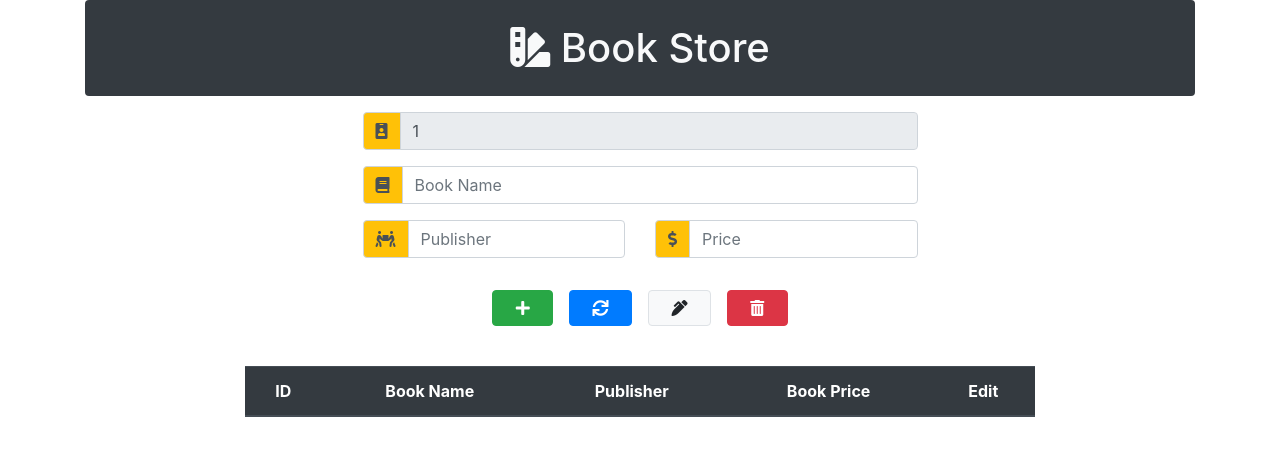
Repository: abhishekhy10/phpcrud
Page: http://localhost/crud/idex.php
These files come from the project's save history. The page is drawn as it stood at one moment and after the next save; the edit follows.
The browser window is 1280 px wide. The pictures show the whole page.
Some web libraries are served in a nearby version. The page is run by PHP 8.4 with error messages shown; the project is at /var/www/html/. Queries for data that is not in the repository find no rows.

Above is the page before, as saved 2021-10-13 19:27:54.

### crud/idex.php
<?php

require_once ("../crud/php/component.php");
require_once ("../crud/php/operation.php");
?>

<!doctype html>
<html lang="en">
<head>
    <meta charset="UTF-8">
    <meta name="viewport"
          content="width=device-width, user-scalable=no, initial-scale=1.0, maximum-scale=1.0, minimum-scale=1.0">
    <meta http-equiv="X-UA-Compatible" content="ie=edge">
    <title>Books</title>

    <link rel="stylesheet" href="https://use.fontawesome.com/releases/v5.8.2/css/all.css" integrity="sha384-oS3vJWv+0UjzBfQzYUhtDYW+Pj2yciDJxpsK1OYPAYjqT085Qq/1cq5FLXAZQ7Ay" crossorigin="anonymous">
    <link rel="stylesheet" href="https://stackpath.bootstrapcdn.com/bootstrap/4.3.1/css/bootstrap.min.css" integrity="sha384-ggOyR0iXCbMQv3Xipma34MD+dH/1fQ784/j6cY/iJTQUOhcWr7x9JvoRxT2MZw1T" crossorigin="anonymous">

    <!-- Custom stylesheet -->
    <link rel="stylesheet" href="style.css">

</head>
<body>

<main>
    <div class="container text-center">
        <h1 class="py-4 bg-dark text-light rounded"><i class="fas fa-swatchbook"></i> Book Store</h1>

        <div class="d-flex justify-content-center">
            <form action="" method="post" class="w-50">
                <div class="pt-2">
                    <?php inputElement("<i class='fas fa-id-badge'></i>","ID", "book_id",setID()); ?>
                </div>
                <div class="pt-2">
                    <?php inputElement("<i class='fas fa-book'></i>","Book Name", "book_name",""); ?>
                </div>
                <div class="row pt-2">
                    <div class="col">
                        <?php inputElement("<i class='fas fa-people-carry'></i>","Publisher", "book_publisher",""); ?>
                    </div>
                    <div class="col">
                        <?php inputElement("<i class='fas fa-dollar-sign'></i>","Price", "book_price",""); ?>
                    </div>
                </div>
                <div class="d-flex justify-content-center">
                        <?php buttonElement("btn-create","btn btn-success","<i class='fas fa-plus'></i>","create","data-toggle='tooltip' data-placement='bottom' title='Create'"); ?>
                        <?php buttonElement("btn-read","btn btn-primary","<i class='fas fa-sync'></i>","read","data-toggle='tooltip' data-placement='bottom' title='Read'"); ?>
                        <?php buttonElement("btn-update","btn btn-light border","<i class='fas fa-pen-alt'></i>","update","data-toggle='tooltip' data-placement='bottom' title='Update'"); ?>
                        <?php buttonElement("btn-delete","btn btn-danger","<i class='fas fa-trash-alt'></i>","delete","data-toggle='tooltip' data-placement='bottom' title='Delete'"); ?>
                        <?php deleteBtn();?>
                </div>
            </form>
        </div>

        <!-- Bootstrap table  -->
        <div class="d-flex table-data">
            <table class="table table-striped table-dark">
                <thead class="thead-dark">
                    <tr>
                        <th>ID</th>
                        <th>Book Name</th>
                        <th>Publisher</th>
                        <th>Book Price</th>
                        <th>Edit</th>
                    </tr>
                </thead>
                <tbody id="tbody">
                   <?php


                   if(isset($_POST['read'])){
                       $result = getData();

                       if($result){

                           while ($row = mysqli_fetch_assoc($result)){ ?>

                               <tr>
                                   <td data-id="<?php echo $row['id']; ?>"><?php echo $row['id']; ?></td>
                                   <td data-id="<?php echo $row['id']; ?>"><?php echo $row['book_name']; ?></td>
                                   <td data-id="<?php echo $row['id']; ?>"><?php echo $row['book_publisher']; ?></td>
                                   <td data-id="<?php echo $row['id']; ?>"><?php echo '$' . $row['book_price']; ?></td>
                                   <td ><i class="fas fa-edit btnedit" data-id="<?php echo $row['id']; ?>"></i></td>
                               </tr>

                   <?php
                           }

                       }
                   }


                   ?>
                </tbody>
            </table>
        </div>


    </div>
</main>


<script src="https://code.jquery.com/jquery-3.3.1.slim.min.js" integrity="sha384-q8i/X+965DzO0rT7abK41JStQIAqVgRVzpbzo5smXKp4YfRvH+8abtTE1Pi6jizo" crossorigin="anonymous"></script>
<script src="https://cdnjs.cloudflare.com/ajax/libs/popper.js/1.14.7/umd/popper.min.js" integrity="sha384-UO2eT0CpHqdSJQ6hJty5KVphtPhzWj9WO1clHTMGa3JDZwrnQq4sF86dIHNDz0W1" crossorigin="anonymous"></script>
<script src="https://stackpath.bootstrapcdn.com/bootstrap/4.3.1/js/bootstrap.min.js" integrity="sha384-JjSmVgyd0p3pXB1rRibZUAYoIIy6OrQ6VrjIEaFf/nJGzIxFDsf4x0xIM+B07jRM" crossorigin="anonymous"></script>

<script src="../crud/php/main.js"></script>
</body>
</html>

### crud/php/component.php
<?php

function inputElement($icon, $placeholder, $name, $value){
    $ele = "

        <div class=\"input-group mb-2\">
                        <div class=\"input-group-prepend\">
                            <div class=\"input-group-text bg-warning\">$icon</div>
                        </div>
                        <input type=\"text\" name='$name' value='$value' autocomplete=\"off\" placeholder='$placeholder' class=\"form-control\" id=\"inlineFormInputGroup\" placeholder=\"Username\">
                    </div>

    ";
    echo $ele;
}

function buttonElement($btnid, $styleclass, $text, $name, $attr){
    $btn = "
        <button name='$name' '$attr' class='$styleclass' id='$btnid'>$text</button>
    ";
    echo $btn;
}

### crud/php/operation.php
<?php
require_once ("db.php");
require_once ("component.php");

$con = Createdb();

// create button click
if(isset($_POST['create'])){
    createData();
}

if(isset($_POST['update'])){
    UpdateData();
}

if(isset($_POST['delete'])){
    deleteRecord();
}

if(isset($_POST['deleteall'])){
    deleteAll();

}

function createData(){
    $itemname = textboxValue("item_name");
    $itemdetail = textboxValue("detail");
    $itemprice = textboxValue("price");

    if($itemname && $itemdetail && $itemprice){

        $sql = "INSERT INTO items (item_name, detail, price)
                        VALUES ('$itemname','$itemdetail','$itemprice')";

        if(mysqli_query($GLOBALS['con'], $sql)){
            TextNode("success", "Record Successfully Inserted...!");
        }else{
            echo "Error";
        }

    }else{
            TextNode("error", "Provide Data in the Textbox");
    }
}

function textboxValue($value){
    $textbox = mysqli_real_escape_string($GLOBALS['con'], trim($_POST[$value]));
    if(empty($textbox)){
        return false;
    }else{
        return $textbox;
    }
}


// messages
function TextNode($classname, $msg){
    $element = "<h6 class='$classname'>$msg</h6>";
    echo $element;
}


// get data from mysql database
function getData(){
    $sql = "SELECT * FROM items";

    $result = mysqli_query($GLOBALS['con'], $sql);

    if(mysqli_num_rows($result) > 0){
        return $result;
    }
}

// update dat
function UpdateData(){
    $itemid = textboxValue("item_id");
    $itemname = textboxValue("item_name");
    $itemdetail = textboxValue("detail");
    $itemprice = textboxValue("price");

    if($itemname && $itemdetail && $itemprice){
        $sql = "
                    UPDATE items SET item_name='$itemname', detail = '$itemdetail', price = '$itemprice' WHERE id='$itemid';
        ";

        if(mysqli_query($GLOBALS['con'], $sql)){
            TextNode("success", "Data Successfully Updated");
        }else{
            TextNode("error", "Enable to Update Data");
        }

    }else{
        TextNode("error", "Select Data Using Edit Icon");
    }


}


function deleteRecord(){
    $itemid = (int)textboxValue("item_id");

    $sql = "DELETE FROM items WHERE id=$itemid";

    if(mysqli_query($GLOBALS['con'], $sql)){
        TextNode("success","Record Deleted Successfully...!");
    }else{
        TextNode("error","Enable to Delete Record...!");
    }

}


function deleteBtn(){
    $result = getData();
    $i = 0;
    if($result){
        while ($row = mysqli_fetch_assoc($result)){
            $i++;
            if($i > 3){
                buttonElement("btn-deleteall", "btn btn-danger" ,"<i class='fas fa-trash'></i> Delete All", "deleteall", "");
                return;
            }
        }
    }
}


function deleteAll(){
    $sql = "DROP TABLE items";

    if(mysqli_query($GLOBALS['con'], $sql)){
        TextNode("success","All Record deleted Successfully...!");
        Createdb();
    }else{
        TextNode("error","Something Went Wrong Record cannot deleted...!");
    }
}


// set id to textbox
function setID(){
    $getid = getData();
    $id = 0;
    if($getid){
        while ($row = mysqli_fetch_assoc($getid)){
            $id = $row['id'];
        }
    }
    return ($id + 1);
}

### crud/php/db.php
<?php

function Createdb(){
    $servername = "localhost";
    $username = "root";
    $password = "";
    $dbname = "grocerystore";

    // create connection
    $con = mysqli_connect($servername, $username, $password);

    // Check Connection
    if (!$con){
        die("Connection Failed : " . mysqli_connect_error());
    }

    // create Database
    $sql = "CREATE DATABASE IF NOT EXISTS $dbname";

    if(mysqli_query($con, $sql)){
        $con = mysqli_connect($servername, $username, $password, $dbname);

        $sql = "
                        CREATE TABLE IF NOT EXISTS items(
                            id INT(11) NOT NULL AUTO_INCREMENT PRIMARY KEY,
                            item_name VARCHAR (25) NOT NULL,
                            detail VARCHAR (20),
                            price FLOAT
                        );
        ";

        if(mysqli_query($con, $sql)){
            return $con;
        }else{
            echo "Cannot Create table...!";
        }

    }else{
        echo "Error while creating database ". mysqli_error($con);
    }

}

### crud/style.css


.d-flex button{
    margin: 1.5em 0.5em;
    padding: 0.3em 1.4em;
}

.d-flex table{
    margin: 1em 10em;
}

table .btnedit{
    color: lightsalmon;
    cursor: pointer;
}

.success{
    background-color: lightgreen;
    padding: 1em;
}

.error{
    background-color: rgb(255, 71, 163);
    padding: 1em;
}

### crud/php/main.js
let id = $("input[name*='book_id']")
id.attr("readonly","readonly");


$(".btnedit").click( e =>{
    let textvalues = displayData(e);

    ;
    let bookname = $("input[name*='book_name']");
    let bookpublisher = $("input[name*='book_publisher']");
    let bookprice = $("input[name*='book_price']");

    id.val(textvalues[0]);
    bookname.val(textvalues[1]);
    bookpublisher.val(textvalues[2]);
    bookprice.val(textvalues[3].replace("$", ""));
});


function displayData(e) {
    let id = 0;
    const td = $("#tbody tr td");
    let textvalues = [];

    for (const value of td){
        if(value.dataset.id == e.target.dataset.id){
           textvalues[id++] = value.textContent;
        }
    }
    return textvalues;

}

After the next save:
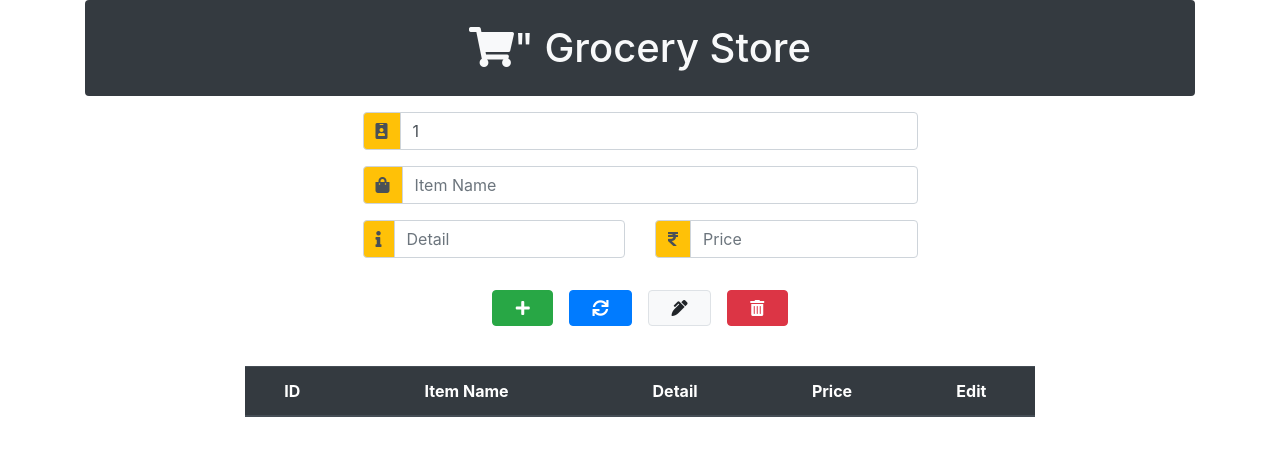
Saved 84 s later.
--- a/crud/idex.php
+++ b/crud/idex.php
@@ -11,7 +11,7 @@ require_once ("../crud/php/operation.php");
     <meta name="viewport"
           content="width=device-width, user-scalable=no, initial-scale=1.0, maximum-scale=1.0, minimum-scale=1.0">
     <meta http-equiv="X-UA-Compatible" content="ie=edge">
-    <title>Books</title>
+    <title>Grocery Item</title>
 
     <link rel="stylesheet" href="https://use.fontawesome.com/releases/v5.8.2/css/all.css" integrity="sha384-oS3vJWv+0UjzBfQzYUhtDYW+Pj2yciDJxpsK1OYPAYjqT085Qq/1cq5FLXAZQ7Ay" crossorigin="anonymous">
     <link rel="stylesheet" href="https://stackpath.bootstrapcdn.com/bootstrap/4.3.1/css/bootstrap.min.css" integrity="sha384-ggOyR0iXCbMQv3Xipma34MD+dH/1fQ784/j6cY/iJTQUOhcWr7x9JvoRxT2MZw1T" crossorigin="anonymous">
@@ -24,22 +24,22 @@ require_once ("../crud/php/operation.php");
 
 <main>
     <div class="container text-center">
-        <h1 class="py-4 bg-dark text-light rounded"><i class="fas fa-swatchbook"></i> Book Store</h1>
+        <h1 class="py-4 bg-dark text-light rounded"><i class="fas fa-shopping-cart"></i>" Grocery Store</h1>
 
         <div class="d-flex justify-content-center">
             <form action="" method="post" class="w-50">
                 <div class="pt-2">
-                    <?php inputElement("<i class='fas fa-id-badge'></i>","ID", "book_id",setID()); ?>
+                    <?php inputElement("<i class='fas fa-id-badge'></i>","ID", "id",setID()); ?>
                 </div>
                 <div class="pt-2">
-                    <?php inputElement("<i class='fas fa-book'></i>","Book Name", "book_name",""); ?>
+                    <?php inputElement("<i class='fas fa-shopping-bag'></i>","Item Name", "item_name",""); ?>
                 </div>
                 <div class="row pt-2">
                     <div class="col">
-                        <?php inputElement("<i class='fas fa-people-carry'></i>","Publisher", "book_publisher",""); ?>
+                        <?php inputElement("<i class='fas fa-info'></i>","Detail", "detail",""); ?>
                     </div>
                     <div class="col">
-                        <?php inputElement("<i class='fas fa-dollar-sign'></i>","Price", "book_price",""); ?>
+                        <?php inputElement("<i class='fas fa-rupee-sign'></i>","Price", "price",""); ?>
                     </div>
                 </div>
                 <div class="d-flex justify-content-center">
@@ -58,9 +58,9 @@ require_once ("../crud/php/operation.php");
                 <thead class="thead-dark">
                     <tr>
                         <th>ID</th>
-                        <th>Book Name</th>
-                        <th>Publisher</th>
-                        <th>Book Price</th>
+                        <th>Item Name</th>
+                        <th>Detail</th>
+                        <th>Price</th>
                         <th>Edit</th>
                     </tr>
                 </thead>
@@ -77,9 +77,9 @@ require_once ("../crud/php/operation.php");
 
                                <tr>
                                    <td data-id="<?php echo $row['id']; ?>"><?php echo $row['id']; ?></td>
-                                   <td data-id="<?php echo $row['id']; ?>"><?php echo $row['book_name']; ?></td>
-                                   <td data-id="<?php echo $row['id']; ?>"><?php echo $row['book_publisher']; ?></td>
-                                   <td data-id="<?php echo $row['id']; ?>"><?php echo '$' . $row['book_price']; ?></td>
+                                   <td data-id="<?php echo $row['id']; ?>"><?php echo $row['item_name']; ?></td>
+                                   <td data-id="<?php echo $row['id']; ?>"><?php echo $row['detail']; ?></td>
+                                   <td data-id="<?php echo $row['id']; ?>"><?php echo '$' . $row['price']; ?></td>
                                    <td ><i class="fas fa-edit btnedit" data-id="<?php echo $row['id']; ?>"></i></td>
                                </tr>
 
